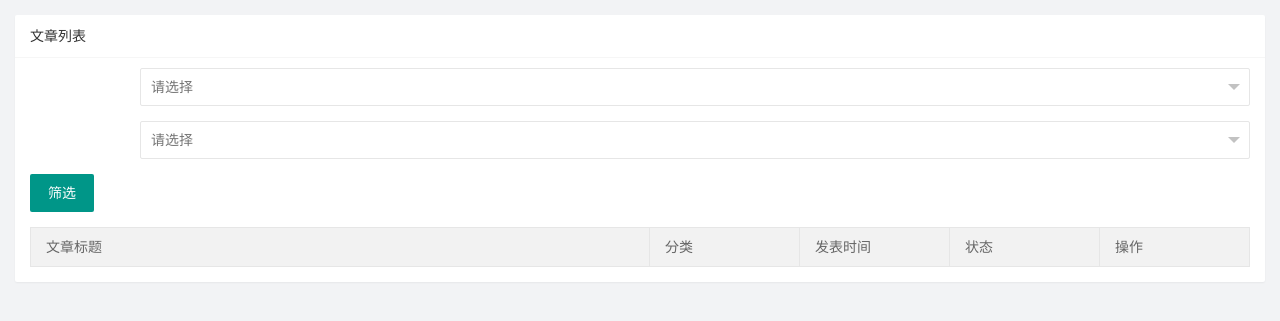
Repository: haloxxi/web_bigevent
Page: article/art-list.html
These files come from the project's save history. The page is drawn as it stood at one moment and after the next save; the edit follows.
The browser window is 1280 px wide. The pictures show the whole page.
The page's requests for data from a server got no answer.

Above is the page before, as saved 2022-06-29 15:41:21.
Console error: TypeError: Cannot read properties of undefined (reading 'status')

After the next save:
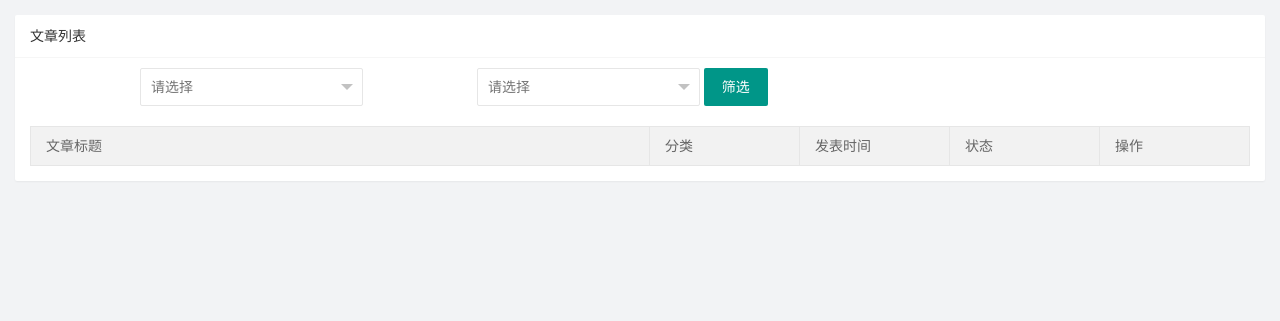
Saved 3 min 19 s later.
--- a/article/art-list.html
+++ b/article/art-list.html
@@ -17,7 +17,7 @@
         <div class="layui-card-body">
             <!-- 筛选区域 -->
             <form class="layui-form" action="">
-                <div class="layui-form-item">
+                <div class="layui-form-item layui-input-inline">
                     <div class="layui-input-block">
                         <select name="city" lay-verify="required">
                         <option value="">请选择</option>
@@ -29,7 +29,7 @@
                       </select>
                     </div>
                 </div>
-                <div class="layui-form-item">
+                <div class="layui-form-item layui-input-inline">
                     <div class="layui-input-block">
                         <select name="city" lay-verify="required">
                         <option value="">请选择</option>
@@ -41,7 +41,7 @@
                       </select>
                     </div>
                 </div>
-                <div class="layui-form-item">
+                <div class="layui-form-item layui-input-inline">
                     <button class="layui-btn" lay-submit lay-filter="formDemo">筛选</button>
                 </div>
             </form>
